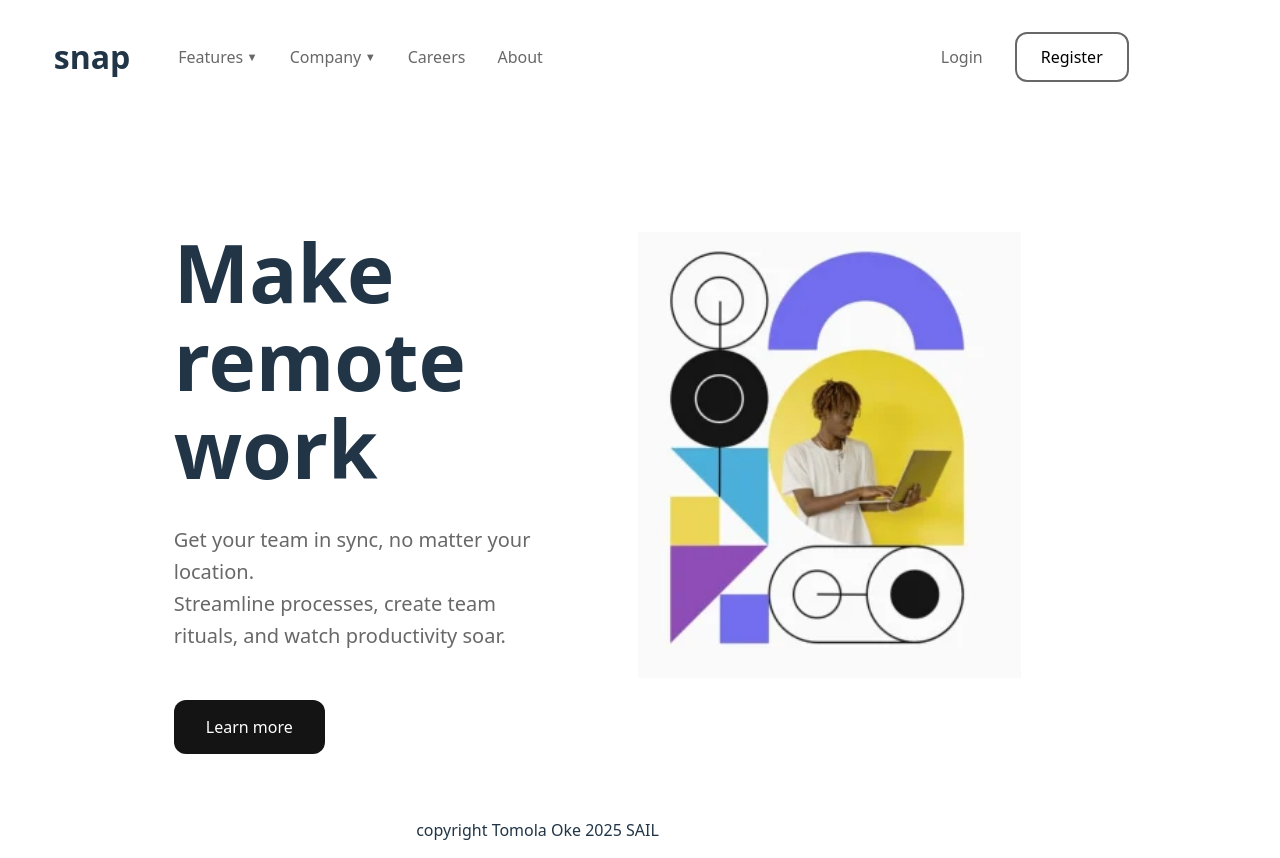
Repository: tomolaoke/SNAP
Page: /
The author's editor kept a copy of each file at every save. The page is drawn from the files as they stood at one save, then again after a run of saves.
The browser window is 1280 px wide. The pictures show the whole page.
The project was rebuilt for these pictures with package versions that can differ from the ones it lists, and the page was loaded fresh each time. Also part of the build but not shown: vite.config.js, src/components/footer/Footer.css.

Above is the page before, as saved 2025-06-21 22:01:03.

After the next 2 saves:
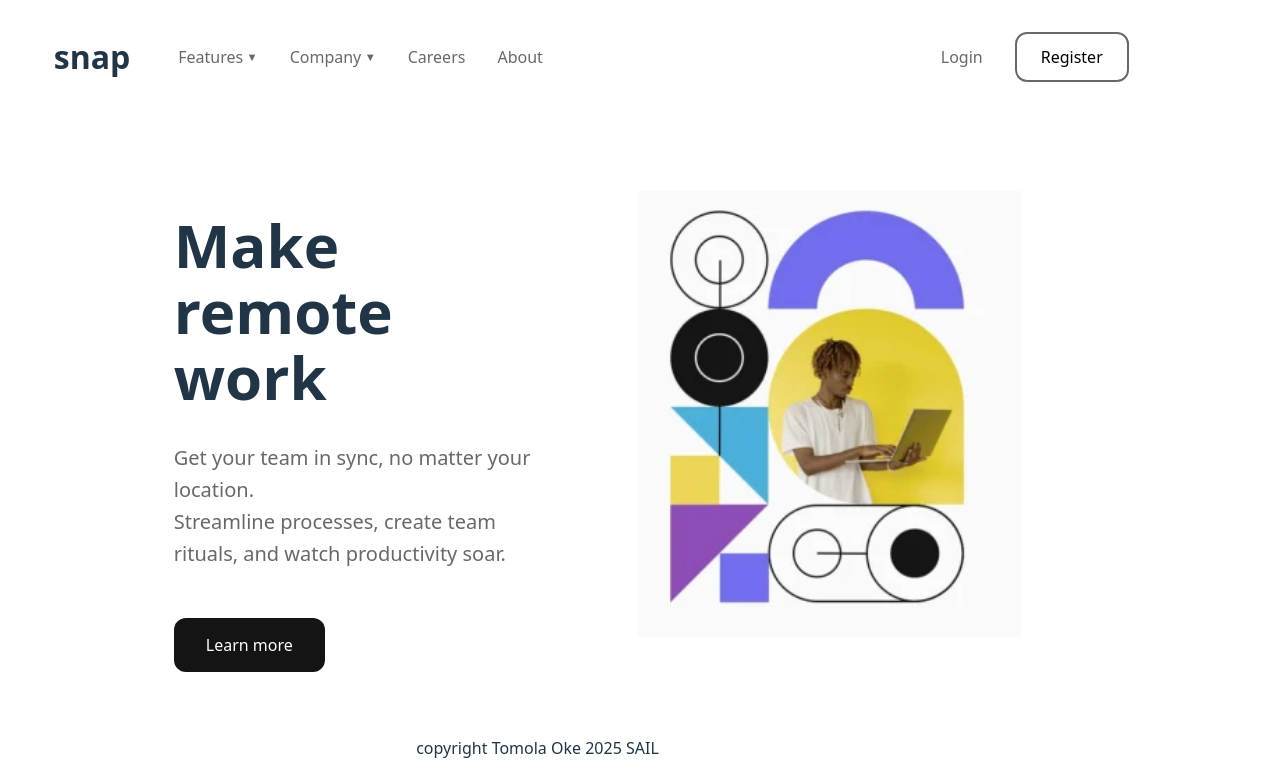
The 2 saves are shown as one change because they came seconds apart.
The last was saved 16 s later.
--- a/src/block/heroblock/HeroBlock.css
+++ b/src/block/heroblock/HeroBlock.css
@@ -11,7 +11,7 @@
 }
 
 .hero-text h1 {
-  font-size: 80px;
+  font-size:60px;
   line-height: 1.1;
   margin-bottom: 2rem;
 }
